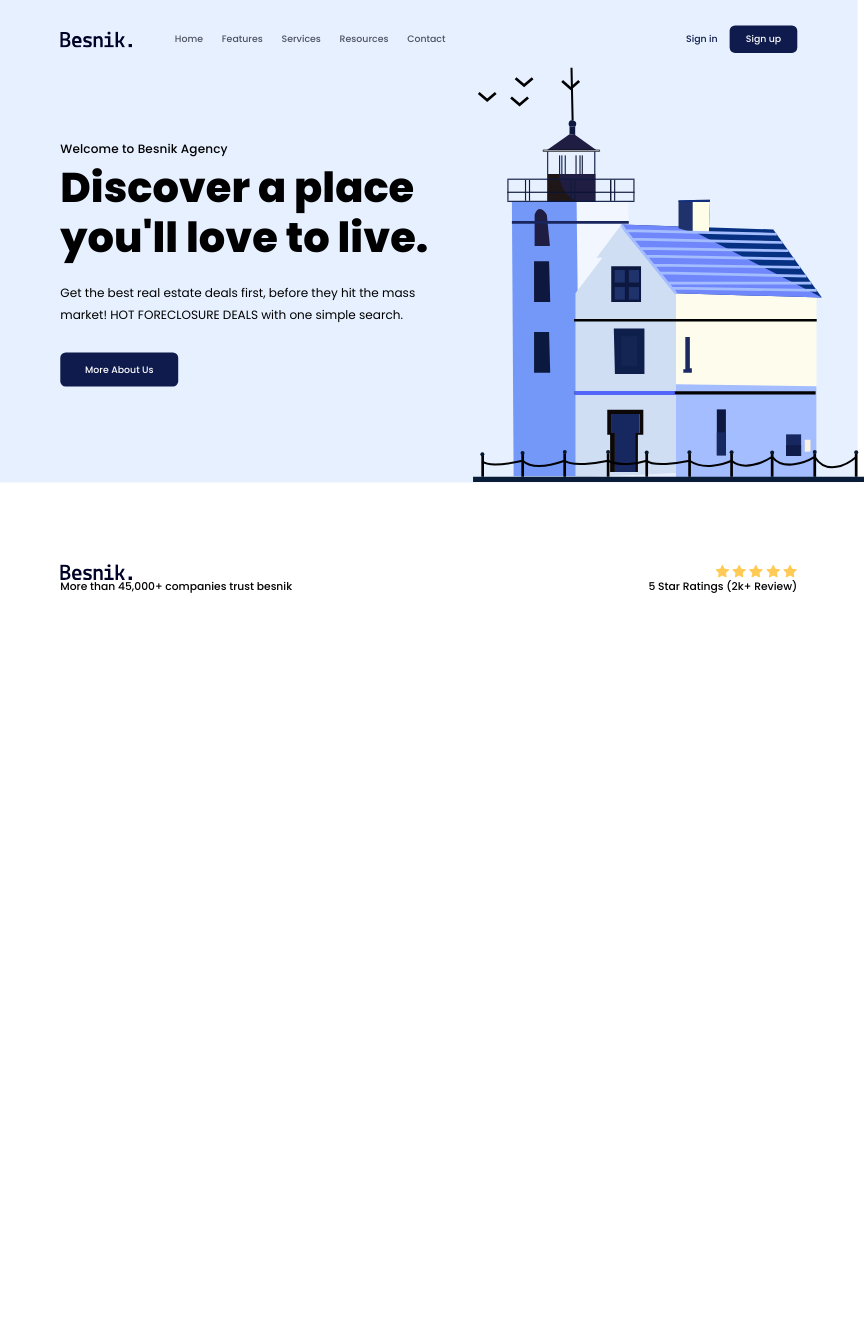
Repository: ducvui2003/f8-project-01
Page: index.html
These files come from the project's save history. The page is drawn as it stood at one moment and after the next save; the edit follows.
The browser window is 1280 px wide. The page is 1290 px wide, so the pictures cover 1290 px, including what lies to the right of the window. The pictures show the whole page, at 67% of full size.

Above is the page before, as saved 2023-06-16 20:05:21.

### index.html
<!DOCTYPE html>
<html lang="en">

<head>
    <meta charset="UTF-8">
    <meta name="viewport" content="width=device-width, initial-scale=1.0">
    <title>f8-procject-01</title>

    <link rel="stylesheet" href="./asset/css/reset.css">
    <link rel="stylesheet" href="./asset/font/stylesheet.css">
    <link rel="stylesheet" href="./asset/css/styles.css">
</head>

<body>
    <main>
        <!-- Header -->
        <header class="header">
            <div class="content">
                <!--  -->
                <nav class="nav">
                    <!-- Logo -->
                    <img src="./asset/img/logo.svg" alt="">

                    <!-- Navigation -->
                    <ul>
                        <li><a href="">Home</a></li>
                        <li><a href="">Features</a></li>
                        <li><a href="">Services</a></li>
                        <li><a href="">Resources</a></li>
                        <li><a href="">Contact</a></li>
                    </ul>

                    <!-- Action -->
                    <div class="actions">
                        <a href="#!" class="action-link">Sign in</a>
                        <a href="#!" class="btn action-btn">Sign up</a>
                    </div>
                </nav>
                <div class="hero">
                    <div class="info">
                        <p class="sub-title">Welcome to Besnik Agency</p>
                        <h1 class="title">Discover a place
                            you'll love to live.</h1>
                        <p class="desc">Get the best real estate deals first,
                            before they hit the mass market! HOT FORECLOSURE DEALS with one simple
                            search.</p>
                        <!-- cta = call to action -->
                        <a href="#!" class="btn hero-cta">More About Us</a>
                    </div>
                    <img src="./asset/img/hero-img.svg" alt="Discover a place
                    you'll love to live." class="hero-img">
                </div>
            </div>
        </header>

        <!-- Clients -->
        <div class="clients">
            <div class="content">
                <div class="row">
                    <img src="./asset/img/logo.svg" alt="" class="logo">
                    <div class="stars">
                        <img src="./asset/img/star.svg" alt="">
                        <img src="./asset/img/star.svg" alt="">
                        <img src="./asset/img/star.svg" alt="">
                        <img src="./asset/img/star.svg" alt="">
                        <img src="./asset/img/star.svg" alt="">
                    </div>
                </div>
                <div class="row">
                    <p>More than 45,000+ companies trust besnik</p>
                    <p>5 Star Ratings (2k+ Review)</p>
                </div>
            </div>
        </div>
    </main>
</body>

</main>

</html>

### asset/font/stylesheet.css
/* =======Poppins font=========== */
@font-face {
  font-family: "Poppins";
  src: url("Poppins/Poppins-Black.woff2") format("woff2"),
    url("Poppins/Poppins-Black.woff") format("woff");
  font-weight: 900;
  font-style: normal;
  font-display: swap;
}

@font-face {
  font-family: "Poppins";
  src: url("Poppins/Poppins-BlackItalic.woff2") format("woff2"),
    url("Poppins/Poppins-BlackItalic.woff") format("woff");
  font-weight: 900;
  font-style: italic;
  font-display: swap;
}

@font-face {
  font-family: "Poppins";
  src: url("Poppins/Poppins-Bold.woff2") format("woff2"),
    url("Poppins/Poppins-Bold.woff") format("woff");
  font-weight: bold;
  font-style: normal;
  font-display: swap;
}

@font-face {
  font-family: "Poppins";
  src: url("Poppins/Poppins-BoldItalic.woff2") format("woff2"),
    url("Poppins/Poppins-BoldItalic.woff") format("woff");
  font-weight: bold;
  font-style: italic;
  font-display: swap;
}

@font-face {
  font-family: "Poppins";
  src: url("Poppins/Poppins-ExtraBold.woff2") format("woff2"),
    url("Poppins/Poppins-ExtraBold.woff") format("woff");
  font-weight: bold;
  font-style: normal;
  font-display: swap;
}

@font-face {
  font-family: "Poppins";
  src: url("Poppins/Poppins-ExtraBoldItalic.woff2") format("woff2"),
    url("Poppins/Poppins-ExtraBoldItalic.woff") format("woff");
  font-weight: bold;
  font-style: italic;
  font-display: swap;
}

@font-face {
  font-family: "Poppins";
  src: url("Poppins/Poppins-ExtraLight.woff2") format("woff2"),
    url("Poppins/Poppins-ExtraLight.woff") format("woff");
  font-weight: 200;
  font-style: normal;
  font-display: swap;
}

@font-face {
  font-family: "Poppins";
  src: url("Poppins/Poppins-ExtraLightItalic.woff2") format("woff2"),
    url("Poppins/Poppins-ExtraLightItalic.woff") format("woff");
  font-weight: 200;
  font-style: italic;
  font-display: swap;
}

@font-face {
  font-family: "Poppins";
  src: url("Poppins/Poppins-Italic.woff2") format("woff2"),
    url("Poppins/Poppins-Italic.woff") format("woff");
  font-weight: normal;
  font-style: italic;
  font-display: swap;
}

@font-face {
  font-family: "Poppins";
  src: url("Poppins/Poppins-Light.woff2") format("woff2"),
    url("Poppins/Poppins-Light.woff") format("woff");
  font-weight: 300;
  font-style: normal;
  font-display: swap;
}

@font-face {
  font-family: "Poppins";
  src: url("Poppins/Poppins-LightItalic.woff2") format("woff2"),
    url("Poppins/Poppins-LightItalic.woff") format("woff");
  font-weight: 300;
  font-style: italic;
  font-display: swap;
}

@font-face {
  font-family: "Poppins";
  src: url("Poppins/Poppins-Medium.woff2") format("woff2"),
    url("Poppins/Poppins-Medium.woff") format("woff");
  font-weight: 500;
  font-style: normal;
  font-display: swap;
}

@font-face {
  font-family: "Poppins";
  src: url("Poppins/Poppins-MediumItalic.woff2") format("woff2"),
    url("Poppins/Poppins-MediumItalic.woff") format("woff");
  font-weight: 500;
  font-style: italic;
  font-display: swap;
}

@font-face {
  font-family: "Poppins";
  src: url("Poppins/Poppins-SemiBold.woff2") format("woff2"),
    url("Poppins/Poppins-SemiBold.woff") format("woff");
  font-weight: 600;
  font-style: normal;
  font-display: swap;
}

@font-face {
  font-family: "Poppins";
  src: url("Poppins/Poppins-Regular.woff2") format("woff2"),
    url("Poppins/Poppins-Regular.woff") format("woff");
  font-weight: normal;
  font-style: normal;
  font-display: swap;
}

@font-face {
  font-family: "Poppins";
  src: url("Poppins/Poppins-SemiBoldItalic.woff2") format("woff2"),
    url("Poppins/Poppins-SemiBoldItalic.woff") format("woff");
  font-weight: 600;
  font-style: italic;
  font-display: swap;
}

@font-face {
  font-family: "Poppins";
  src: url("Poppins/Poppins-Thin.woff2") format("woff2"),
    url("Poppins/Poppins-Thin.woff") format("woff");
  font-weight: 100;
  font-style: normal;
  font-display: swap;
}

@font-face {
  font-family: "Poppins";
  src: url("Poppins/Poppins-ThinItalic.woff2") format("woff2"),
    url("Poppins/Poppins-ThinItalic.woff") format("woff");
  font-weight: 100;
  font-style: italic;
  font-display: swap;
}

### asset/css/styles.css
* {
  box-sizing: border-box;
}
html {
  font-size: 62.5%;
}
body {
  font-size: 1.6rem;
  font-family: "Poppins";
}
:root {
  --primary-color: #0f1b4c;
}
/* Common */
a {
  text-decoration: none;
}
.content {
  width: 1100px;
  max-width: calc(100% - 48px);
  margin-left: auto;
  margin-right: auto;
}

.btn {
  min-width: 98px;
  background-color: var(--primary-color);
  border-radius: 0.8rem;
  padding: 10px 24px;
  color: white;
  font-style: normal;
  font-weight: 500;
  font-size: 1.4rem;
  line-height: 2.1rem;
  display: inline-block;
}
.btn:hover {
  opacity: 0.9;
}
/* Main */
main {
  height: 2000px;
}
/* Header */
.header {
  height: 100vh;
  background-color: #e6f0ff;
  position: relative;
}

.header .nav {
  display: flex;
  align-items: center;
  padding-top: 38px;
}
.header .nav ul {
  margin-left: 50px;
  margin-right: auto;

  display: flex;
  justify-content: space-between;
}

.header .nav ul a {
  color: #4f5361;
  padding: 8px 14px;
  /* Padding in tag inline block  */
}
.header .nav ul a:hover {
  text-decoration: underline;
}
.header .nav a {
  font-weight: 500;
  font-size: 1.4rem;
  line-height: 2.1rem;
}
.header .nav .actions {
  display: flex;
  justify-content: center;
  align-items: center;
  gap: 1.8rem;
}
.header .nav .action-link {
  color: var(--primary-color);
}
.hero {
  margin-top: 130px;
}
.hero .info {
  width: 51%;
}
.hero .sub-title {
  font-style: normal;
  font-weight: 500;
  font-size: 1.8rem;
  line-height: 1.5;
  letter-spacing: 0.01em;
}

.hero .title {
  font-style: normal;
  font-weight: 700;
  font-size: 6.2rem;
  line-height: 1.19;
  margin-top: 8px;
  margin-bottom: 30px;
}
.hero .desc {
  font-style: normal;
  font-weight: 400;
  font-size: 1.8rem;
  line-height: 1.78;
}
.hero-cta {
  margin-top: 40px;
  padding: 15px 37px;
  min-width: 170px;
}
.hero-img {
  position: absolute;
  right: calc((100vw - 1100px) / 2 - 100px);
  bottom: 0;
}
/* Clients */
.clients {
  margin-top: 122px;
}
.clients .content {
}
.clients .row {
  display: flex;
  justify-content: space-between;
  align-items: center;
}
.clients .row p {
  font-style: normal;
  font-weight: 500;
  font-size: 1.6rem;
  line-height: 1.25;
}

Loaded but not shown: asset/css/reset.css (common file)

After the next save:
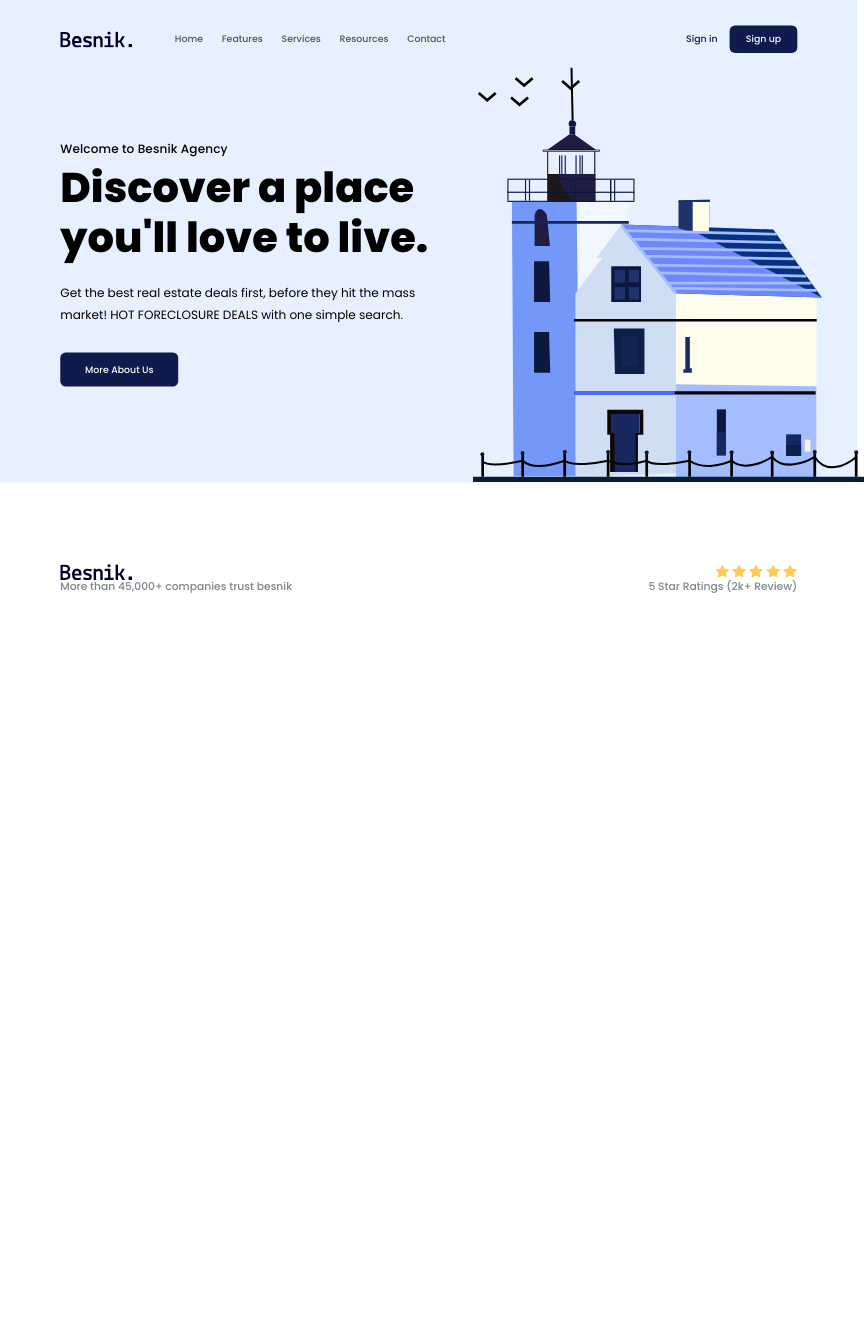
Saved 9 s later.
--- a/asset/css/styles.css
+++ b/asset/css/styles.css
@@ -137,4 +137,5 @@
   font-weight: 500;
   font-size: 1.6rem;
   line-height: 1.25;
+  color: #7d8589;
 }
